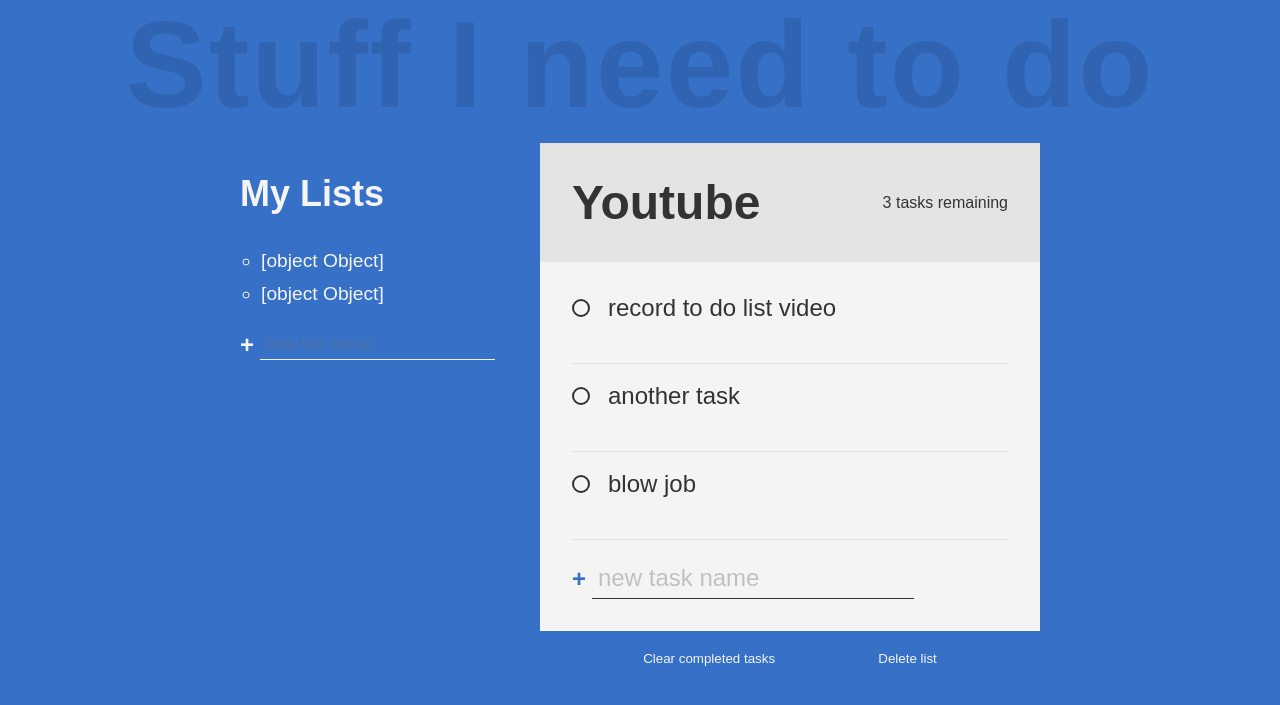
Repository: MohammadMazloum123/To-Do-List-App-
Page: index.html
An editor plug-in stored every save of this project. The page is shown before and after the next save, followed by the edit.
The browser window is 1280 px wide. The pictures show the whole page.

Above is the page before, as saved 2024-02-15 15:43:12.

After the next save:
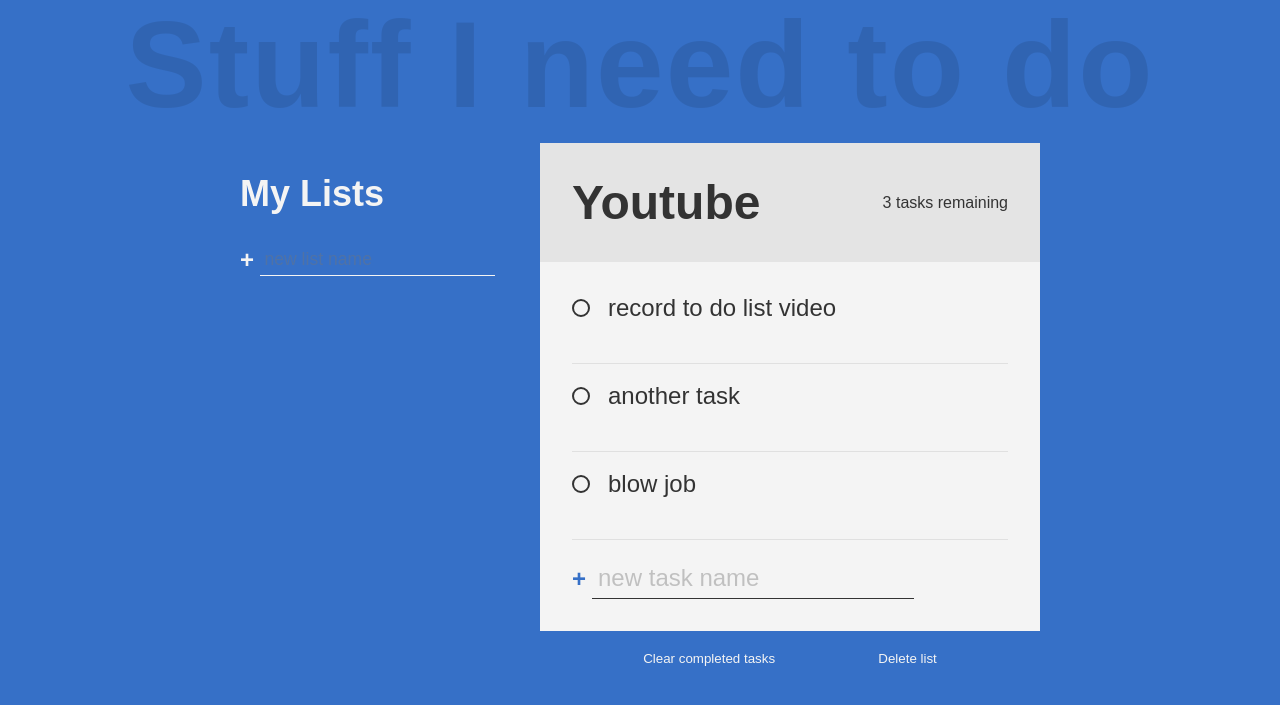
Console error: ReferenceError: lis is not defined
Saved 14 s later.
--- a/script.js
+++ b/script.js
@@ -13,6 +13,7 @@
     clearElement(listsContainer)
     lists.forEach(list =>{
         const listElement = document.createElement('li')
+        lis
         listElement.classList.add('list-name')
         listElement.innerText = list
         listsContainer.appendChild(listElement)

After the save that followed:
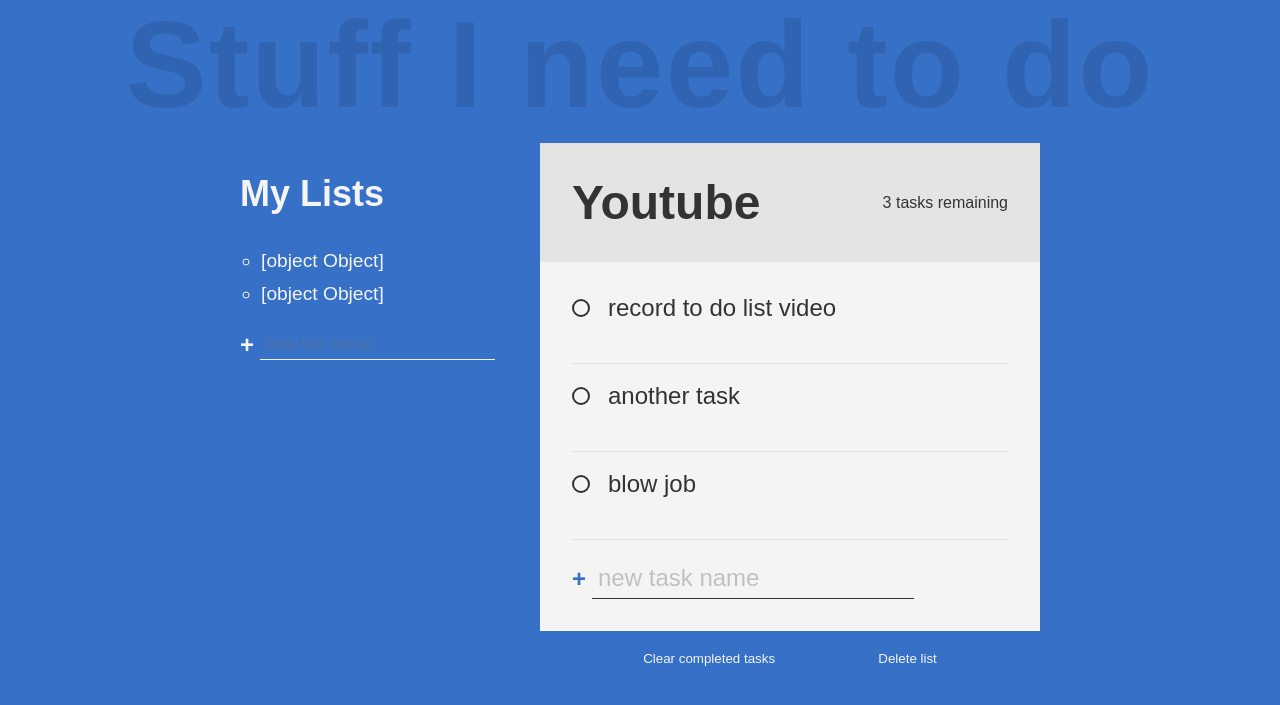
The error is gone.
Saved 5 s later.
--- a/script.js
+++ b/script.js
@@ -13,7 +13,7 @@
     clearElement(listsContainer)
     lists.forEach(list =>{
         const listElement = document.createElement('li')
-        lis
+        listElement.dataset.lis
         listElement.classList.add('list-name')
         listElement.innerText = list
         listsContainer.appendChild(listElement)
